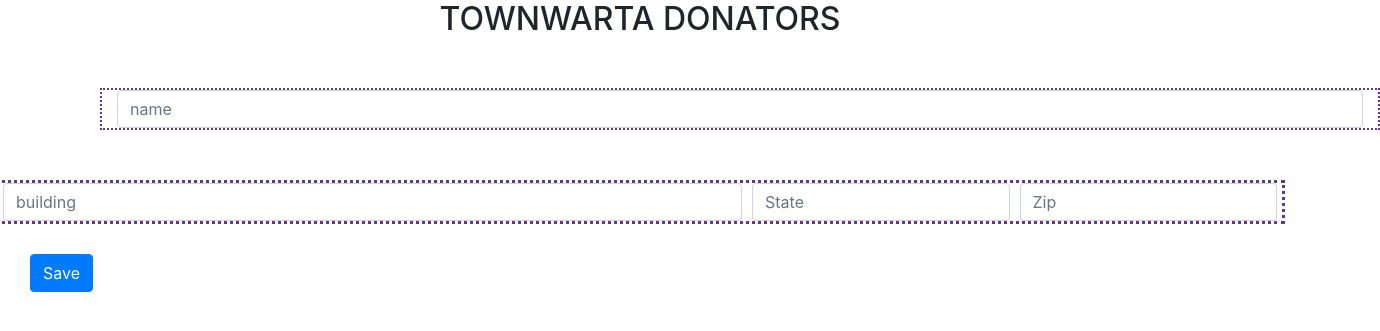
Repository: shivanand1988-28-06/townwarta
Page: http://localhost/donator/donator
These files come from the project's save history. The page is drawn as it stood at one moment and after the next save; the edit follows.
The browser window is 1280 px wide. The page is 1380 px wide, so the pictures cover 1380 px, including what lies to the right of the window. The pictures show the whole page.
The page is served by the project's Node server (Townwarta.js). Other server files are loaded and not shown.

Above is the page before, as saved 2022-08-30 22:16:01.

### views/articles/donator.ejs

<!DOCTYPE html>
<html lang="en">
<head>
  <meta charset="UTF-8">
  <meta name="viewport" content="width=device-width, initial-scale=1.0">
  <link rel="stylesheet" href="https://maxcdn.bootstrapcdn.com/bootstrap/4.0.0/css/bootstrap.min.css" integrity="sha384-Gn5384xqQ1aoWXA+058RXPxPg6fy4IWvTNh0E263XmFcJlSAwiGgFAW/dAiS6JXm" crossorigin="anonymous">
  <meta http-equiv="X-UA-Compatible" content="ie=edge">
  <title>TOWNWARTA</title>
</head>
<body>
    <h2 style = "text-align : center ">TOWNWARTA DONATORS</h2>
    <form >
        <div class="col" style = "margin : 50px 100px 50px 100px; border: 2px rebeccapurple dotted">
            <input type="text" class="form-control" placeholder="name">
          </div>
        <div class="form-row" style = "border: 3px rebeccapurple dotted;">

          <div class="col-7">
            <input type="text" class="form-control" placeholder="building">
          </div>
          <div class="col">
            <input type="text" class="form-control" placeholder="State">
          </div>
          <div class="col">
            <input type="text" class="form-control" placeholder="Zip">
          </div>

        </div>
        <div style = "padding:30px;">
            <button type="submit" class="btn btn-primary">Save</button>
        </div>
      </form>
</body>

### Townwarta.js

require("dotenv").config();
const express = require("express");
const mongoose = require("mongoose");
const articleRouter = require("./routes/articles");
const userRouter = require("./routes/user");
const connectDB = require("./db/connect");
const app = express();
const Article= require("./models/article");
const methodOverride = require("method-override")
const port = process.env.PORT || 3000
const path = require("path");
const donatorRouter = require("./routes/donator")

app.set("views" , path.join(__dirname , "views"))
app.set("view engine", "ejs");
// app.use(express.json());
 app.use(express.urlencoded({extended:false}));
app.use(express.static(path.join(__dirname, "public")));
app.use(methodOverride("_method"));

  app.get("/", async (req,res)=>{
    const articles = await Article.find();
    res.render("articles/index" , {articles:articles});
  });

  app.use("/" , userRouter);

app.use("/articles" , articleRouter );

app.use("/donator" , donatorRouter)
console.log(Article)


const start = async () =>{

try{

    await connectDB( process.env.MONGO_URI );
    app.listen(port,()=>{ console.log(`app is running over port ${port}`)});

}catch(error) {

    console.log(error);

}

}

start();

### routes/donator.js
const express = require("express");
const donatorRouter = express.Router();
const Donator = require("../models/donator");



donatorRouter.post("/donator", async(req,res) => {
    let {name , createdAt , address} = req.body ;
    let donator = await Donator.create({name : name , createdAt : createdAt , address : address});

} );

donatorRouter.get("/donator" , (req,res)=>{
    res.render("articles/donator");
})

module.exports = donatorRouter

After the next save:
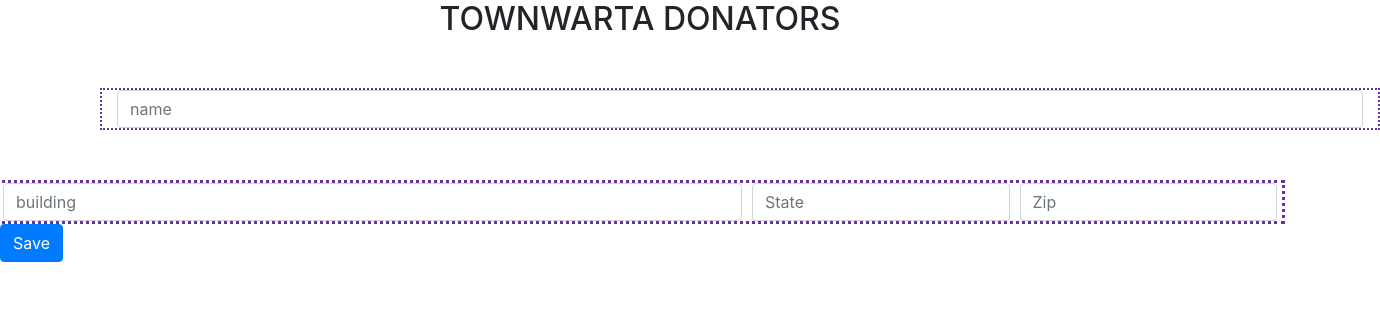
Saved 17 s later.
--- a/views/articles/donator.ejs
+++ b/views/articles/donator.ejs
@@ -27,7 +27,7 @@
           </div>
 
         </div>
-        <div style = "padding:30px;">
+        <div >
             <button type="submit" class="btn btn-primary">Save</button>
         </div>
       </form>
